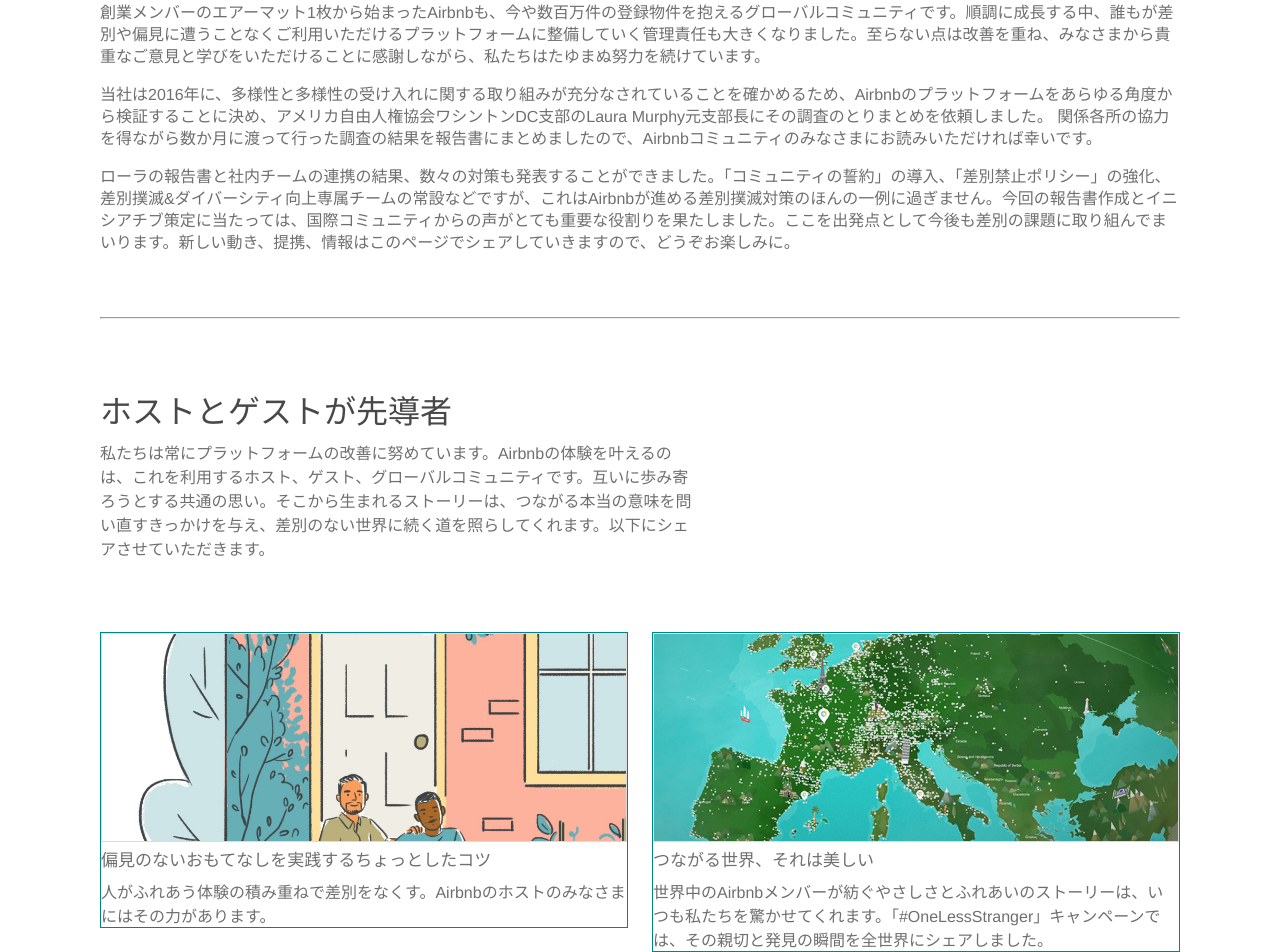
Repository: Ryoma-tech/20200622_htmlcss01
Page: index.html
An editor plug-in stored every save of this project. The page is shown before and after the next save, followed by the edit.
The browser window is 1280 px wide. The pictures show the part of the page from y = 1086 to 2038 px (the page is 2038 px tall before and 2037 px after).

Above is the page before, as saved 2020-06-24 09:45:53.

### index.html
<!DOCTYPE html>
<html lang="en">

<head>
    <meta charset="UTF-8">
    <meta name="viewport" content="width=device-width, initial-scale=1.0">
    <title>Document</title>
    <link rel="stylesheet" href="style.css">
</head>

<body>
    <header>
        <h1><img src="images/Vector.png" alt=""></h1>
        <div class="topSearchBar">
            <img src="images/Frame.png" height="18" width="18" class="searchBarIcon"></img>
            <input type="text" placeholder="探す">
        </div>
        <nav>
            <ul>
                <li>
                    <a href=""><img src="images/Frame (1).png" alt="" height="12" width="12" class="jpIcon"> 日本語(JP)</a>
                </li>
                <li><a href="">¥ JPY</a></li>
                <li><a href="">ホストをはじめる</a></li>
                <li><a href="">ヘルプ</a></li>
                <li><a href="">登録する</a></li>
                <li><a href="">ログイン</a></li>
            </ul>
        </nav>
    </header>
    <main>
        <div class="topWrapper">
            <div class="topMessage">
                <h1>多様な国際コミュニティが、<br>Airbnbを生かす</h1>
                <p>あらゆるホストとゲストを受け容れるプラットフォームを築くことが、Airbnbの一番大きな目標です。私たちは常に改善を続けていきます。</p>
            </div>
        </div>
        <article>
            <section>
                <div class="container">
                    <div class="section1">
                        <div class="desc1">
                            <p>Airbnbのミッションは、「人は根源的に善であり、人が集まるコミュニティにはかならず居場所がある」という発想が核にあります。差別はこの会社の前に立ちはだかる最大の課題だと心の底から思います。それはわれわれの存在の軸、価値観とは相容れないものです。
                            </p>
                        </div>
                        <div class="ceoProfile">
                            <img src="/images/Rectangle (1).png" alt="">
                            <p>ブライアン・チェスキー</p>
                            <p>Airbnb共同創業者兼CEO</p>
                        </div>
                    </div>
                    <hr>
                </div>
            </section>
            <section>
                <div class="container">
                    <div class="section2">
                        <h2>Airbnbのプラットフォームに差別が許される余地はありません</h2>
                        <p>創業メンバーのエアーマット1枚から始まったAirbnbも、今や数百万件の登録物件を抱えるグローバルコミュニティです。順調に成長する中、誰もが差別や偏見に遭うことなくご利用いただけるプラットフォームに整備していく管理責任も大きくなりました。至らない点は改善を重ね、みなさまから貴重なご意見と学びをいただけることに感謝しながら、私たちはたゆまぬ努力を続けています。</p>
                        <p>当社は2016年に、多様性と多様性の受け入れに関する取り組みが充分なされていることを確かめるため、Airbnbのプラットフォームをあらゆる角度から検証することに決め、アメリカ自由人権協会ワシントンDC支部のLaura Murphy元支部長にその調査のとりまとめを依頼しました。 関係各所の協力を得ながら数か月に渡って行った調査の結果を報告書にまとめましたので、Airbnbコミュニティのみなさまにお読みいただければ幸いです。</p>
                        <p>ローラの報告書と社内チームの連携の結果、数々の対策も発表することができました。「コミュニティの誓約」の導入、「差別禁止ポリシー」の強化、差別撲滅&ダイバーシティ向上専属チームの常設などですが、これはAirbnbが進める差別撲滅対策のほんの一例に過ぎません。今回の報告書作成とイニシアチブ策定に当たっては、国際コミュニティからの声がとても重要な役割りを果たしました。ここを出発点として今後も差別の課題に取り組んでまいります。新しい動き、提携、情報はこのページでシェアしていきますので、どうぞお楽しみに。</p>
                    </div>
                    <hr>
                </div>
            </section>
            <section>
                <div class="container">
                    <div class="section3">
                        <div class="section3Message">
                            <h2>ホストとゲストが先導者</h2>
                            <p>私たちは常にプラットフォームの改善に努めています。Airbnbの体験を叶えるのは、これを利用するホスト、ゲスト、グローバルコミュニティです。互いに歩み寄ろうとする共通の思い。そこから生まれるストーリーは、つながる本当の意味を問い直すきっかけを与え、差別のない世界に続く道を照らしてくれます。以下にシェアさせていただきます。</p>
                        </div>
                        <div class="flexContainer">
                            <div class="item1">
                                <img src="/images/Rectangle (2).png" alt="">
                                <h3>偏見のないおもてなしを実践するちょっとしたコツ</h3>
                                <p>人がふれあう体験の積み重ねで差別をなくす。Airbnbのホストのみなさまにはその力があります。</p>
                            </div>
                            <div class="item2">
                                <img src="/images/Rectangle (3).png" alt="">
                                <h3>つながる世界、それは美しい</h3>
                                <p>世界中のAirbnbメンバーが紡ぐやさしさとふれあいのストーリーは、いつも私たちを驚かせてくれます。「#OneLessStranger」キャンペーンでは、その親切と発見の瞬間を全世界にシェアしました。</p>
                            </div>
                        </div>
                    </div>
                </div>
            </section>
        </article>
    </main>
</body>

</html>

### style.css
html,
body,
div,
span,
object,
iframe,
h1,
h2,
h3,
h4,
h5,
h6,
p,
blockquote,
pre,
abbr,
address,
cite,
code,
del,
dfn,
em,
img,
ins,
kbd,
q,
samp,
small,
strong,
sub,
sup,
var,
b,
i,
dl,
dt,
dd,
ol,
ul,
li,
fieldset,
form,
label,
legend,
table,
caption,
tbody,
tfoot,
thead,
tr,
th,
td,
article,
aside,
canvas,
details,
figcaption,
figure,
footer,
header,
hgroup,
menu,
nav,
section,
summary,
time,
mark,
audio,
video {
    margin: 0;
    font-family: Helvetica Neue;
}

* {
    box-sizing: border-box;
}

li {
    list-style: none;
}

a {
    text-decoration: none;
    color: black;
}

h2 {
    font-size: 32px;
    font-style: normal;
    font-weight: normal;
    line-height: 36px;
    color: #484848;
}

h3 {
    font-style: normal;
    font-weight: normal;
    font-size: 17px;
}

.container {
    max-width: 1080px;
    margin: 0 auto;
}

header {
    display: flex;
    justify-content: space-between;
    align-items: center;
    height: 80px;
}

p {
    color: #706f6f;
    font-size: 16px;
}

header>h1>img {
    height: 34px;
    width: 34px;
    margin: 23px;
}

header>h1 {
    margin-right: auto;
}

.topSearchBar input {
    border: none;
}

.topSearchBar input:focus {
    outline: none;
}

.topSearchBar {
    position: absolute;
    left: 100px;
    width: 460px;
    height: 48px;
    left: 80px;
    top: 16px;
    background: #ffffff;
    border: 1px solid #ebebeb;
    box-sizing: border-box;
    box-shadow: 0px 2px 4px rgba(0, 0, 0, 0.1);
    border-radius: 4px;
    transition: all 0.5s;
}

.topSearchBar:hover {
    width: 700px;
    box-shadow: 0px 3px 5px rgba(0, 0, 0, 0.1);
}

.searchBarIcon {
    margin-left: 10px;
    margin-top: 12px;
}

.jpIcon {
    vertical-align: middle;
}

nav>ul {
    display: flex;
}

nav>ul>li {
    margin: 16px;
    border-bottom: 1.5px solid rgba(255, 255, 0, 0);
    font-style: normal;
    font-weight: normal;
    font-size: 13px;
    line-height: 80px;
}

nav>ul>li:hover {
    border-bottom: 1.5px solid #555454;
}

.topWrapper {
    margin-top: 3px;
    width: 100%;
    height: 565px;
    background-image: url(https://a0.muscache.com/airbnb/static/diversity/inclusion/Hero1-df91c6cd36186c72029bfa46a8002a5d.jpg);
}

.topMessage {
    position: relative;
    top: 210px;
    color: #fff;
    margin-left: 220px;
    width: 481px;
}

.topMessage h1 {
    font-style: normal;
    font-weight: normal;
    font-size: 35px;
    letter-spacing: 0.9px;
    color: #ffffff;
}

.topMessage p {
    letter-spacing: -0.2px;
    color: #fff;
}

article {
    margin-top: 70px;
}

.section1 {
    text-align: center;
    color: #706f6f;
    margin-bottom: 14px;
}

.desc1 {
    width: 600px;
    margin: 0 auto;
}

.ceoProfile {
    margin-top: 30px;
}

.ceoProfile img {
    width: 64px;
    height: 64px;
    object-fit: cover;
    border-radius: 50%;
}

hr {
    width: 100%;
    height: 1px;
    background: #484848;
}

.section2 {
    margin-top: 43px;
    margin-bottom: 63px;
}

.section2 h2 {
    font-style: normal;
    font-weight: normal;
    line-height: 36px;
    margin-bottom: 33px;
}

.section2 p {
    margin-bottom: 16px;
    line-height: 22px;
}

.section3 {
    margin-top: 75px;
    color: #706f6f;
}

.section3Message {
    text-align: left;
    width: 55%;
    margin-bottom: 72px;
}

.section3 h2 {
    margin-bottom: 10px;
}

.flexContainer {
    display: flex;
    align-items: flex-start;
}

.flexContainer img {
    width: 100%;
}

.flexContainer h3 {
    margin-bottom: 8px;
}

.item1,
.item2,
img:hover {
    border: 1px #008489 solid;
}

.item1 {
    margin-right: 24px;
    flex: 1;
}

.item2 {
    flex: 1;
}

After the next save:
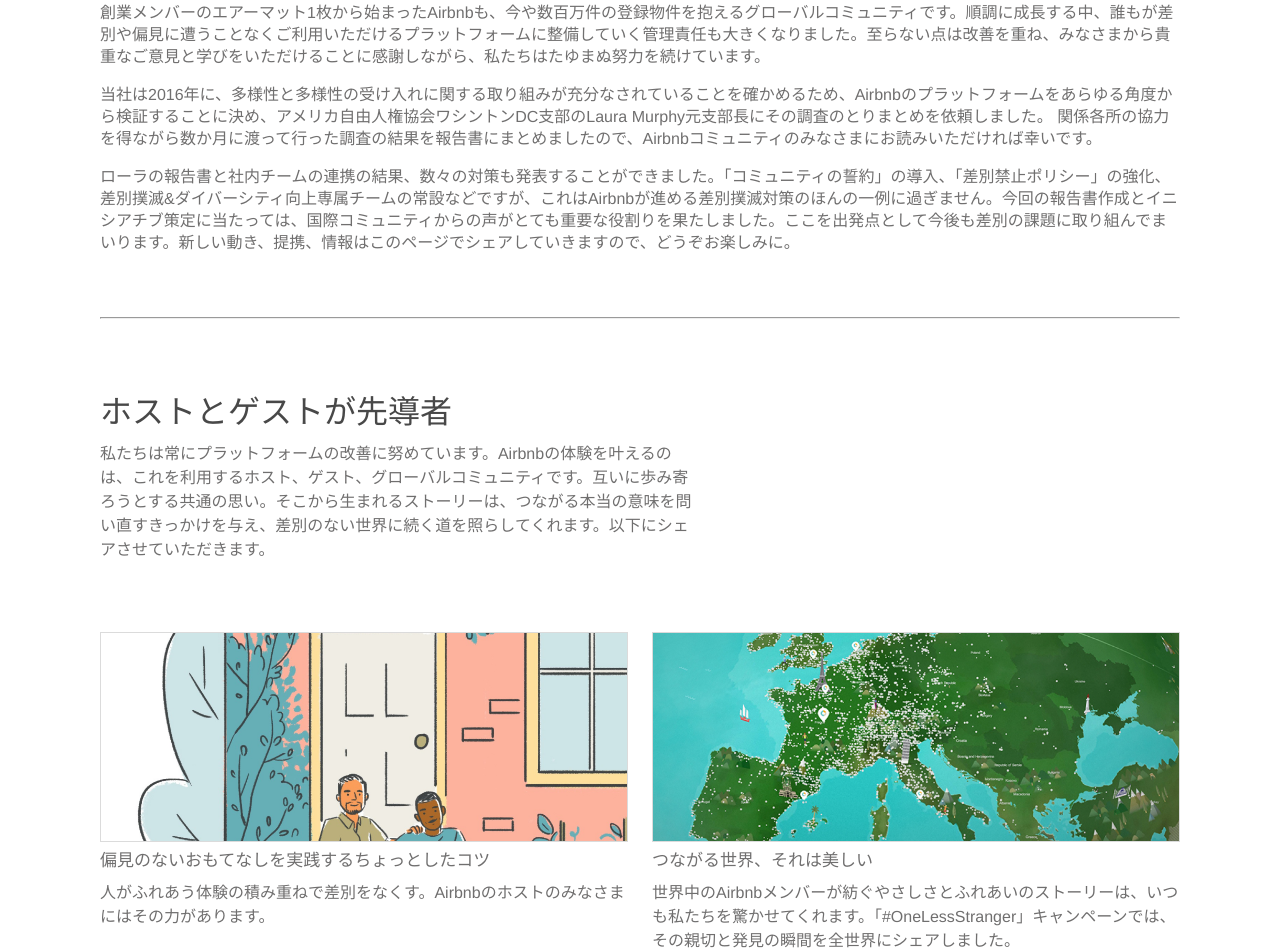
Saved 44 s later.
--- a/style.css
+++ b/style.css
@@ -284,17 +284,15 @@
     margin-bottom: 8px;
 }
 
-.item1,
-.item2,
-img:hover {
-    border: 1px #008489 solid;
-}
-
 .item1 {
     margin-right: 24px;
     flex: 1;
 }
 
+.item1 .item2 :hover {
+    border: 1px #008489 solid;
+}
+
 .item2 {
     flex: 1;
 }
